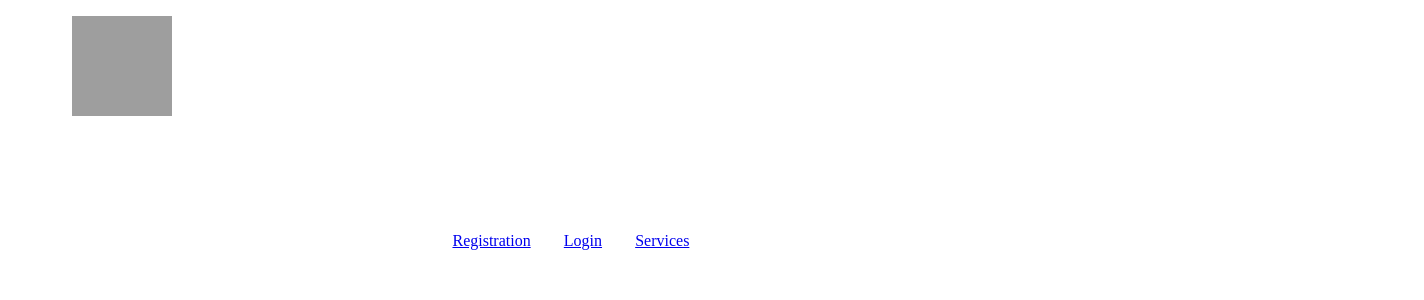
Repository: cb007/cbRepository
Page: http://localhost/SpringMvc/
An editor plug-in stored every save of this project. The page is shown before and after the next save, followed by the edit.
The browser window is 1280 px wide. The page is 1424 px wide, so the pictures cover 1424 px, including what lies to the right of the window. The pictures show the whole page.
Pictures or frames that could not be fetched are drawn as grey boxes. The page is served by Tomcat 9.

Above is the page before, as saved 2017-02-23 12:04:33.

After the next save:
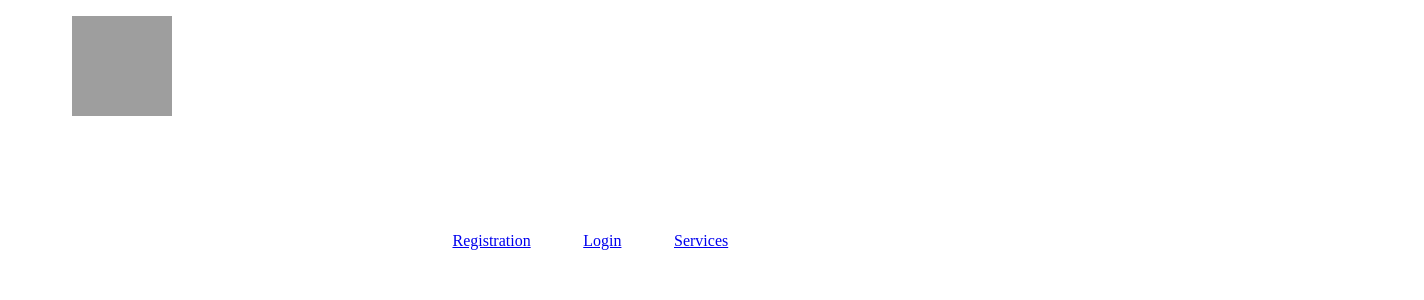
Saved 11 s later.
--- a/spring-hibernate/SpringMvc/WebContent/styles/main.css
+++ b/spring-hibernate/SpringMvc/WebContent/styles/main.css
@@ -33,5 +33,5 @@
 {
 	display: inline;
 	text-indent: none;
-	margin-right: 3%;
+	margin-right: 5%;
 }

After the save that followed:
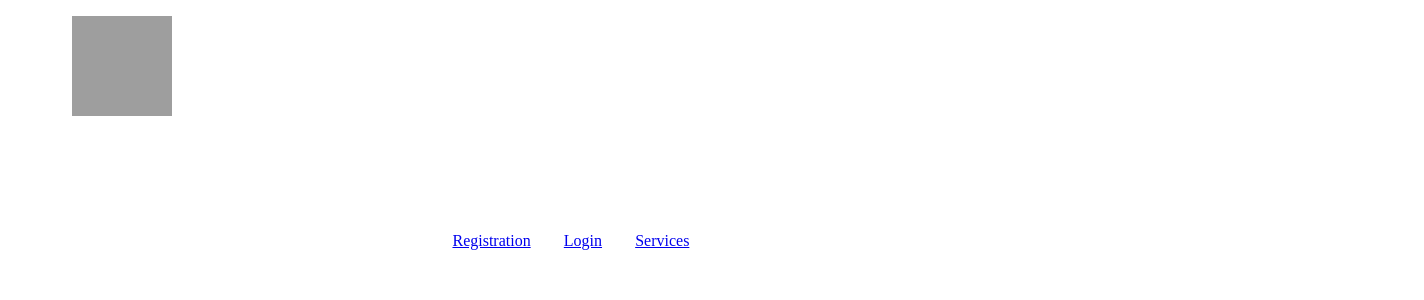
Saved 5 s later.
--- a/spring-hibernate/SpringMvc/WebContent/styles/main.css
+++ b/spring-hibernate/SpringMvc/WebContent/styles/main.css
@@ -33,5 +33,5 @@
 {
 	display: inline;
 	text-indent: none;
-	margin-right: 5%;
+	margin-right: 3%;
 }
